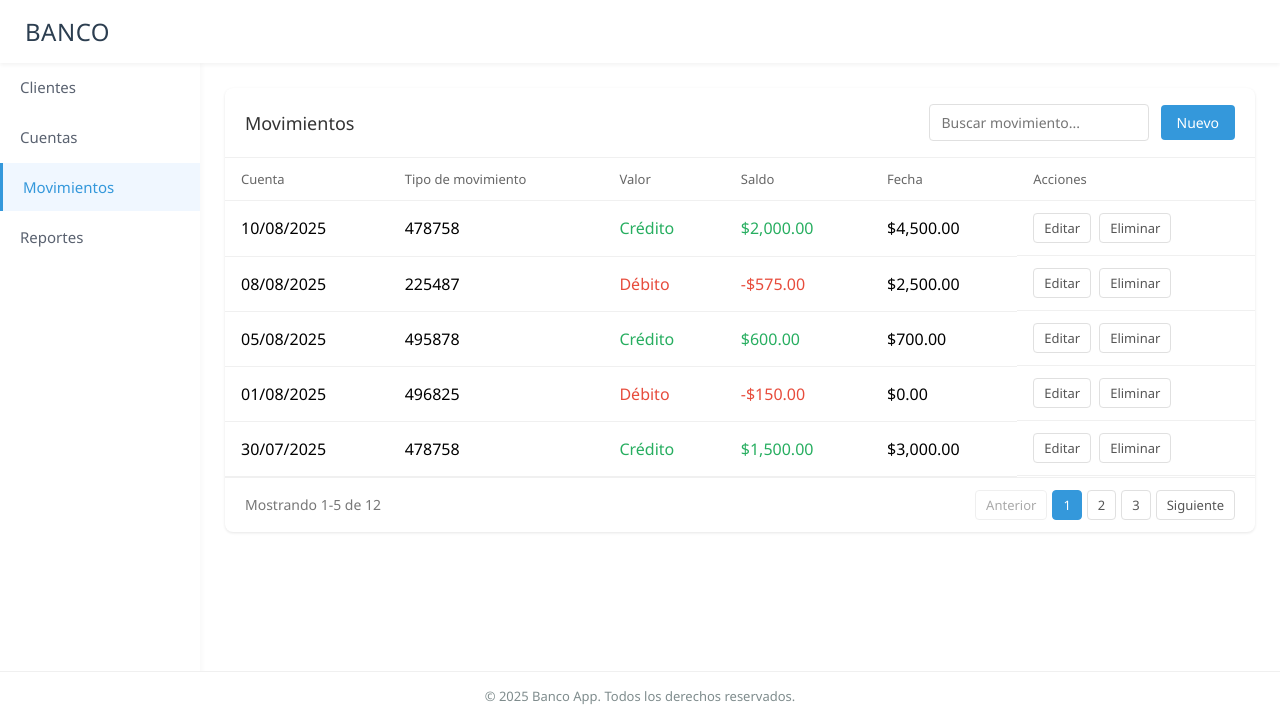
Repository: nder1996/Bank-Devsu
Page: /movimientos (app in Frontend/banco-devsu/)
An editor plug-in stored every save of this project. The page is shown before and after a run of saves, followed by the edit.
The browser window is 1280 px wide. The pictures show the whole page.
The project was rebuilt for these pictures with package versions that can differ from the ones it lists, and the page was loaded fresh each time. Also part of the build but not shown: Frontend/banco-devsu/angular.json, Frontend/banco-devsu/src/app/presentation/pages/clientes/clientes.component.ts, Frontend/banco-devsu/src/app/core/services/cliente.service.ts, Frontend/banco-devsu/src/environments/environment.ts, Frontend/banco-devsu/src/app/presentation/pages/cuentas/cuentas.component.ts, Frontend/banco-devsu/src/app/presentation/pages/reportes/reportes.component.ts.

Above is the page before, as saved 2025-08-22 09:30:49.

After the next 3 saves:
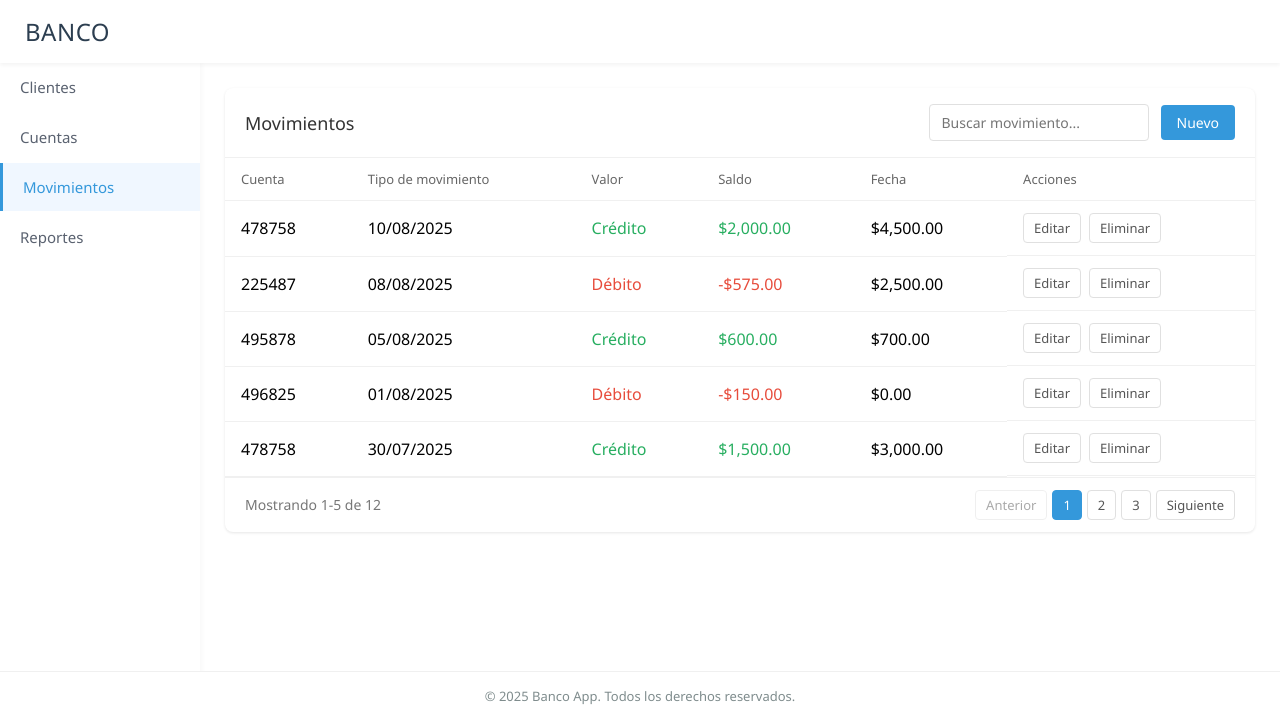
The 3 saves are shown as one change because they came seconds apart.
The last was saved 10 s later.
--- a/Frontend/banco-devsu/src/app/presentation/pages/movimientos/movimientos.component.html
+++ b/Frontend/banco-devsu/src/app/presentation/pages/movimientos/movimientos.component.html
@@ -27,8 +27,9 @@
     </thead>
     <tbody>
       <tr *ngFor="let item of paginatedItems">
+        <td>{{item.cuenta}}</td>
         <td>{{item.fecha}}</td>
-        <td>{{item.cuenta}}</td>
+
         <td [ngClass]="item.tipo === 'Crédito' ? 'tipo-credito' : 'tipo-debito'">
           {{item.tipo}}
         </td>
